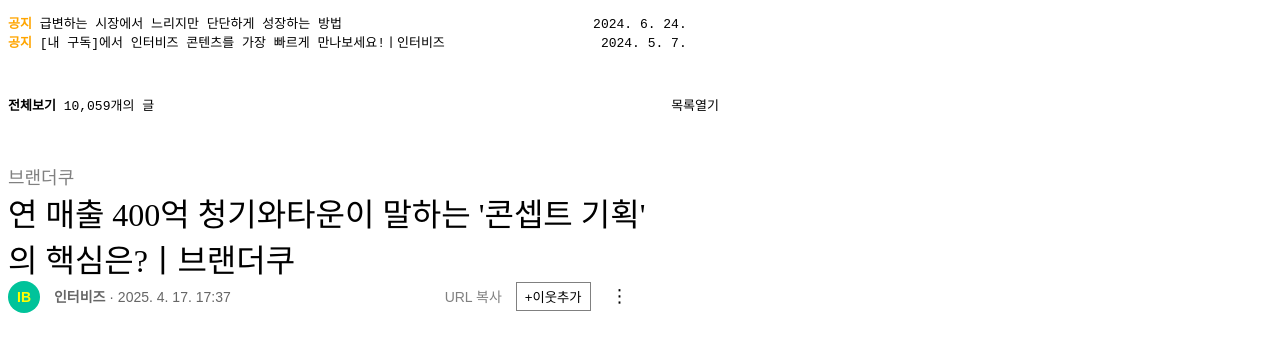
Repository: msgggg1/webPro
Page: webPro/src/main/webapp/html/days02/ex11.html
The author's editor kept a copy of each file at every save. The page is drawn from the files as they stood at one save, then again after the next save.
The browser window is 1280 px wide. The pictures show the whole page.

Above is the page before, as saved 2025-04-22 15:17:08.

After the next save:
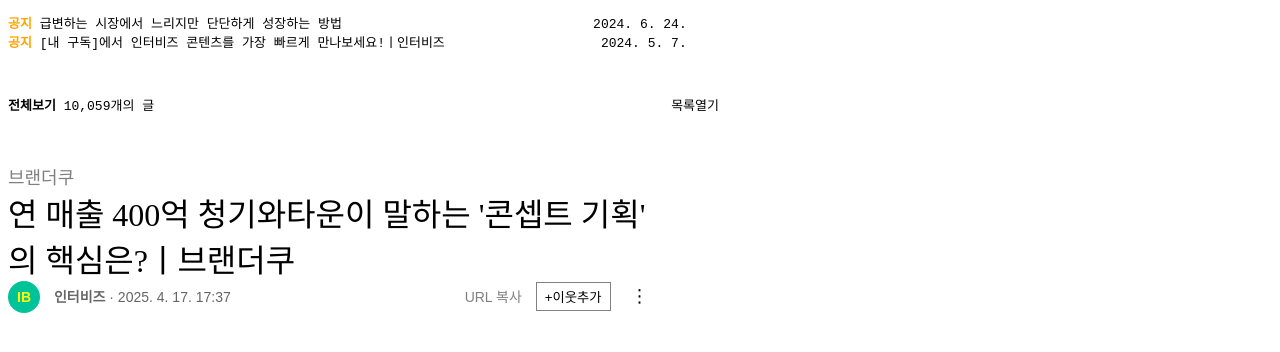
Saved 6 s later.
--- a/webPro/src/main/webapp/html/days02/ex11.html
+++ b/webPro/src/main/webapp/html/days02/ex11.html
@@ -50,7 +50,7 @@
   <b>인터비즈</b> · 2025. 4. 17. 17:37
 </span>
 
-<a href="#" style="margin-left: 210px; color: gray; text-decoration: none;">URL 복사</a>
+<a href="#" style="margin-left: 230px; color: gray; text-decoration: none;">URL 복사</a>
 
 <button style="margin-left: 10px; border: 1px solid gray; padding: 4px 8px; background: white; cursor: pointer;">
   +이웃추가
